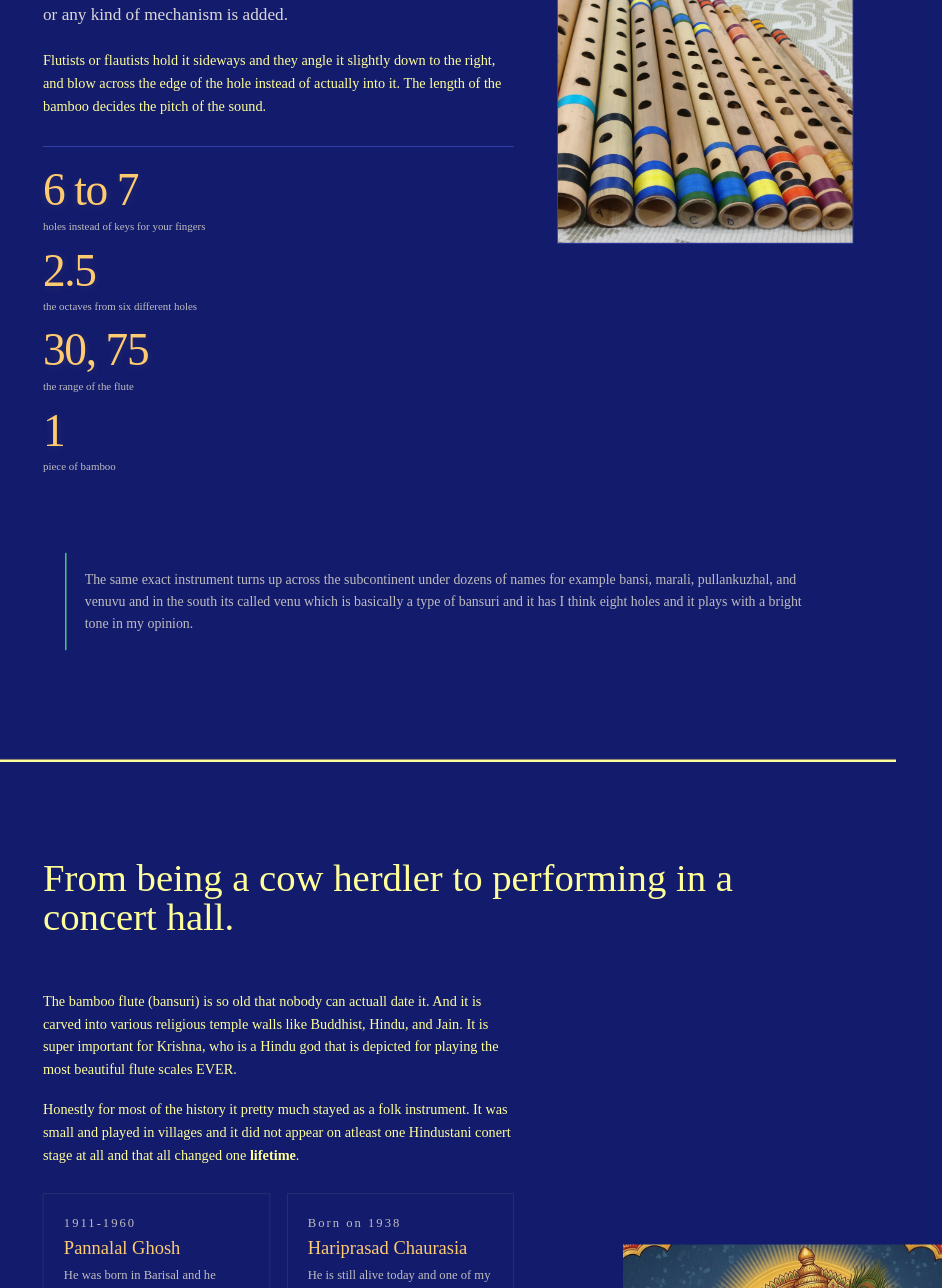
Repository: manayparikh1/Bansi
Page: index.html
These files come from the project's save history. The page is drawn as it stood at one moment and after the next save; the edit follows.
The browser window is 1280 px wide. The page is 1346 px wide, so the pictures cover 1346 px, including what lies to the right of the window. The pictures show the part of the page from y = 1317 to 3157 px (the page is 7392 px tall before and 7185 px after), at 70% of full size.

Above is the page before, as saved 2026-10-12 11:51:01.

After the next save:
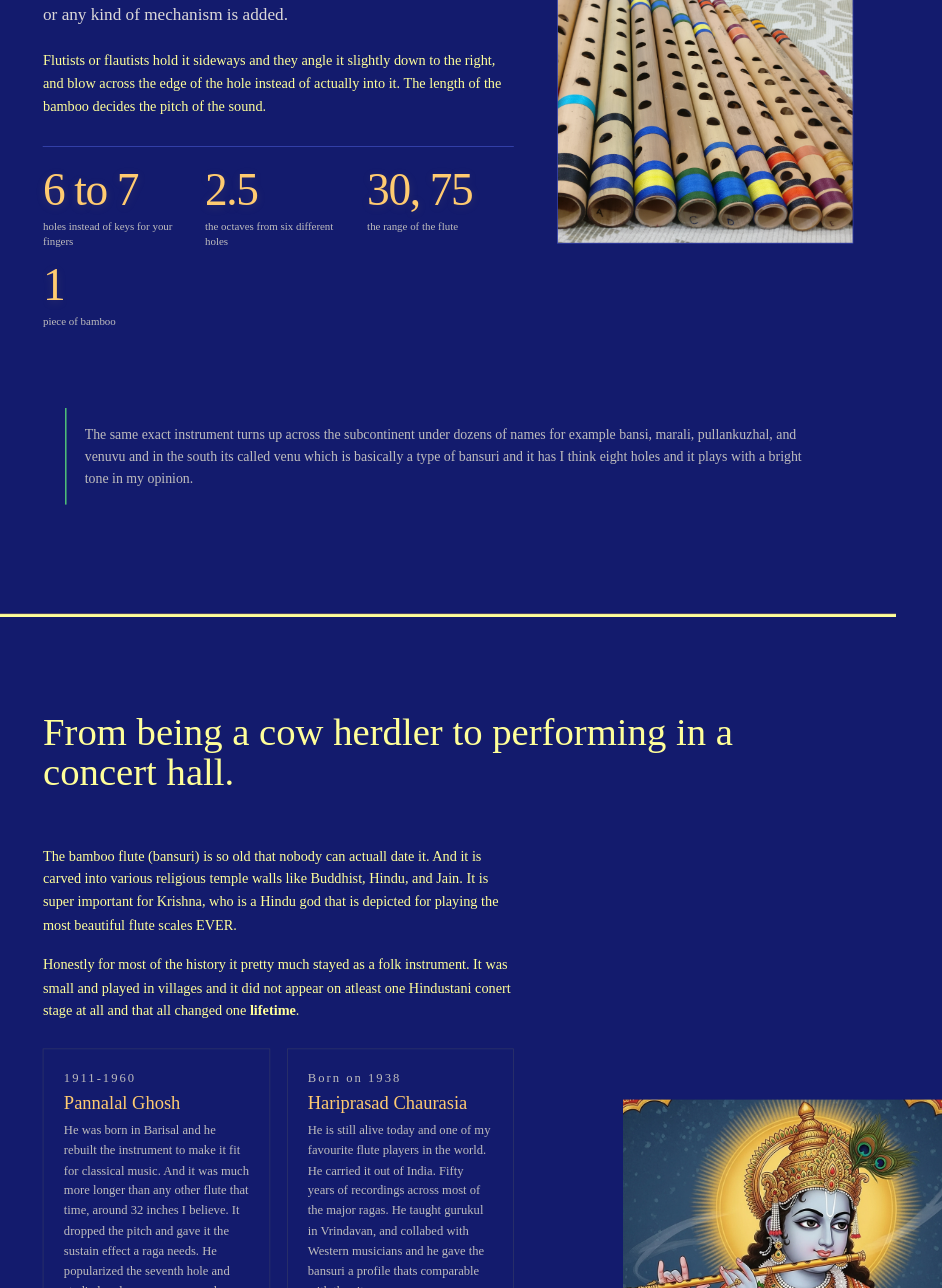
Saved 22 s later.
--- a/styled.css
+++ b/styled.css
@@ -27,7 +27,9 @@ h2 {
 
 .facts {
     display: grid;
+    grid-template-columns: repeat(auto-fit, minmax(min(135px, 120%), 1fr));
     gap: 18px;
+
     margin-top: 34px;
     margin-bottom: 4px;
     padding-top: 26px;
